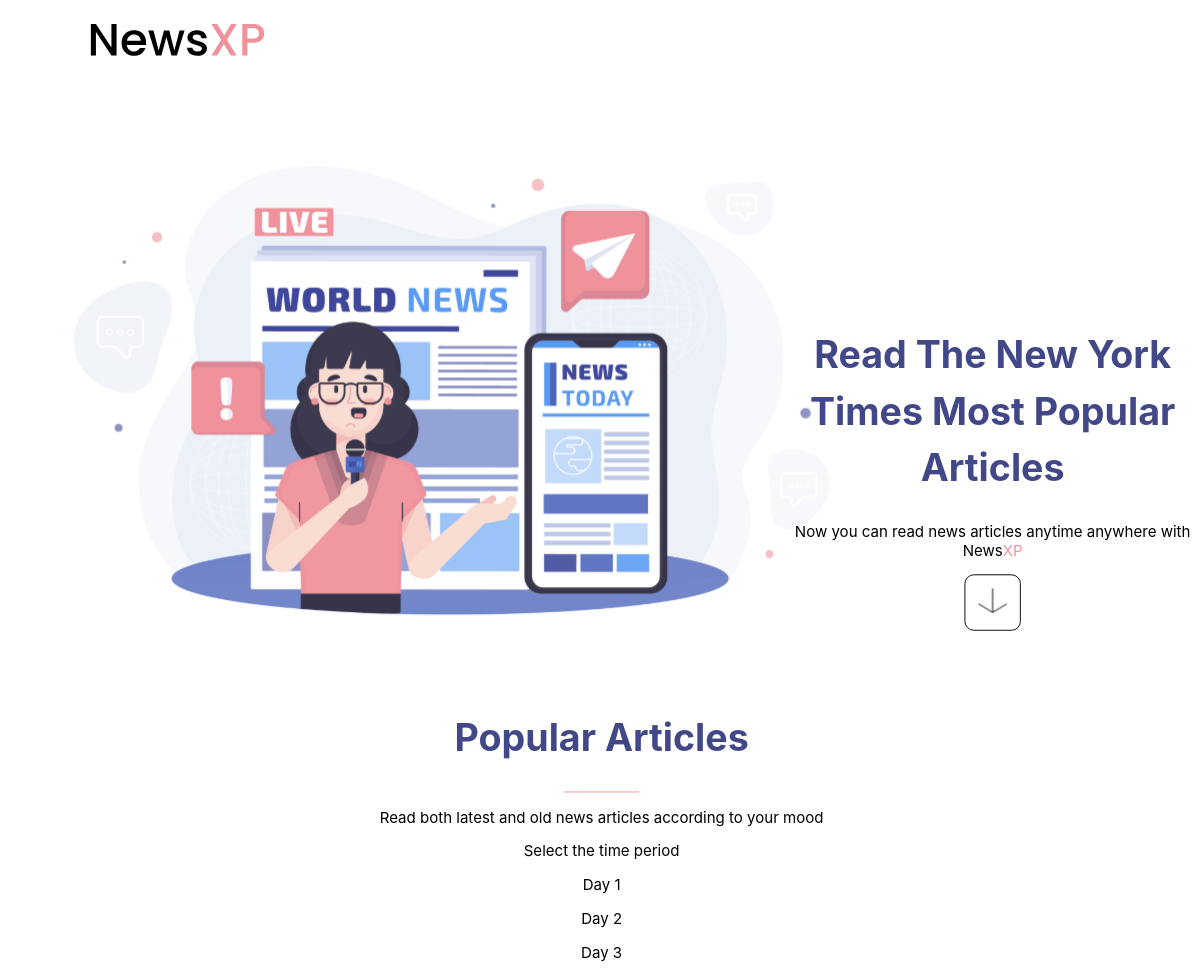
Repository: vishalsinghhh/NewsXP
Page: /
These files come from the project's save history. The page is drawn as it stood at one moment and after the next save; the edit follows.
The browser window is 1280 px wide. The pictures show the whole page, at 94% of full size.
The project was rebuilt for these pictures with package versions that can differ from the ones it lists, and the page was loaded fresh each time. Imported but missing from the stored project, and not drawn on this page: src/pages/Error.

Above is the page before, as saved 2021-08-20 11:14:39.

### src/App.js
import React from "react";
import { BrowserRouter as Router, Route, Switch } from "react-router-dom";
// import pages
import Home from "./pages/Home";
import Error from "./pages/Error";
// import components
import Navbar from "./components/Navbar"
import Footer from "./components/Footer"

function App() {
  return (
    <div>
      <Router>
        <Navbar />
        <Switch>
          <Route exact path="/">
            <Home />
          </Route>
          <Route path="*">
            <Error />
          </Route>
        </Switch>
        <Footer/>
      </Router>
    </div>
  );
}

export default App;

### src/pages/Home.jsx
import React from 'react'
import hero from '../images/hero.svg'
import arrow from '../images/arror.svg'
import './pages.css'

const Home = () => {
    return (
      <main>
        <div className="hero">
          <div className="hero-center">
            <div className="hero-info">
              <h1>Read The New York Times Most Popular Articles</h1>
              <p>
                Now you can read news articles anytime anywhere with News
                <span className="xp">XP</span>
              </p>
              <button className="btn">
                <img src={arrow} alt="arrow" className="arrow" />
              </button>
            </div>
            <div className="hero-images">
              <img src={hero} alt="hero" className="hero-img" />
            </div>
          </div>
        </div>
        <div className="news">
          <div className="news-center">
            <div className="news-info">
              <h1 className="news-title">Popular Articles</h1>
              <div className="underline"></div>
              <p>
                Read both latest and old news articles according to your mood
              </p>
              <p>Select the time period</p>
              <div className="days">
                <div className="day1"><p>Day 1</p></div>
                <div className="day2"><p>Day 2</p></div>
                <div className="day3"><p>Day 3</p></div>
              </div>
              <div className="news-cards">
              </div>
            </div>
          </div>
        </div>
      </main>
    );
}

export default Home

### src/components/Navbar.js
import React from 'react'
import { Link } from "react-router-dom";
import logo from '../images/logo.svg';
import './Components.css';

const Navbar = () => {
    return (
        <nav className="nav">
            <div className="nav-center">
                <Link to='/'>
                    <img src={logo} alt="logo" className="logo" />
                </Link>
            </div>
        </nav>
    )
}

export default Navbar

### src/components/Footer.js
import React from 'react'

const Footer = () => {
    return (
        <div>
            {/* <h1>Footer</h1> */}
        </div>
    )
}

export default Footer

### src/pages/pages.css
.btn {
  /* Rectangle 1 */

  /* position: absolute; */
  width: 60px;
  height: 60px;
  left: 1113px;
  top: 512px;

  background: #ffffff;
  border: 1px solid #000000;
  box-sizing: border-box;
  border-radius: 10px;
}

.hero::before {
  content: "";
  position: absolute;
  width: 100%;
  height: 65%;
  top: 0;
  left: 0;
}
.hero {
  position: relative;
  min-height: 100vh;
  margin-top: -5rem;
  margin-left: 2rem;
  display: grid;
  grid-template-columns: 1fr;
  /* justify-items: center; */
}
.hero-center {
  width: 90vw;
  max-width: var(--max-width);
  display: grid;
  align-items: center;
}
.hero-img {
  /* position: relative; */
  z-index: -1;
  margin-top: 10%;
}
.hero-info {
  position: absolute;
  text-transform: none;
  margin-left: 50rem;
  margin-top: 16rem;
  text-align: center;
}
.hero-info h1 {

  max-width: 1500px;
  font-size: 2.5rem;
  letter-spacing: 3%;
  line-height: 150%;
  color: #424787;
}
.xp{
    color: #EF929C;
}
.btn{
    cursor: pointer;
}
.btn:hover{
    background: #EF929C;
    transition: all 0.7s ease;
}
.arrow{
    animation: bounce 2s infinite;
}
@keyframes bounce {
  0%, 20%, 50%, 80%, 100% {
    transform: translateY(0);
  }
  40% {
    transform: translateY(-25px);
  }
  60% {
    transform: translateY(-10px);
  }
}


/* *******Popular Articles*********  */
/* .news{
  position: absolute;
  justify-content: center;
  align-items: center;
} */
.news{
  display: flex;
  justify-content: center;
  text-align: center;
}
.news-title{
  max-width: 1500px;
  font-size: 2.5rem;
  letter-spacing: 3%;
  line-height: 150%;
  color: #424787;
}
.underline {
  width: 5rem;
  height: 0.1rem;
  background: #EF929C;
  margin-left: auto;
  margin-right: auto;
}

### src/components/Components.css
:root {

  --transition: all 0.3s linear;
  --spacing: 0.1rem;
  --radius: 0.25rem;
  --light-shadow: 0 5px 15px rgba(0, 0, 0, 0.1);
  --dark-shadow: 0 5px 15px rgba(0, 0, 0, 0.2);
  --max-width: 1170px;
  --fixed-width: 620px;
}
.nav {
  height: 5.5rem;
  display: flex;
  align-items: center;
  justify-content: center;
  background: transparent;
  position: relative;
  z-index: 1;
}
.nav-center {
  width: 85vw;
  /* max-width: var(--max-width); */
}

Loaded but not shown: public/index.html (common file); src/index.js (common file); src/index.css (common file)

After the next save:
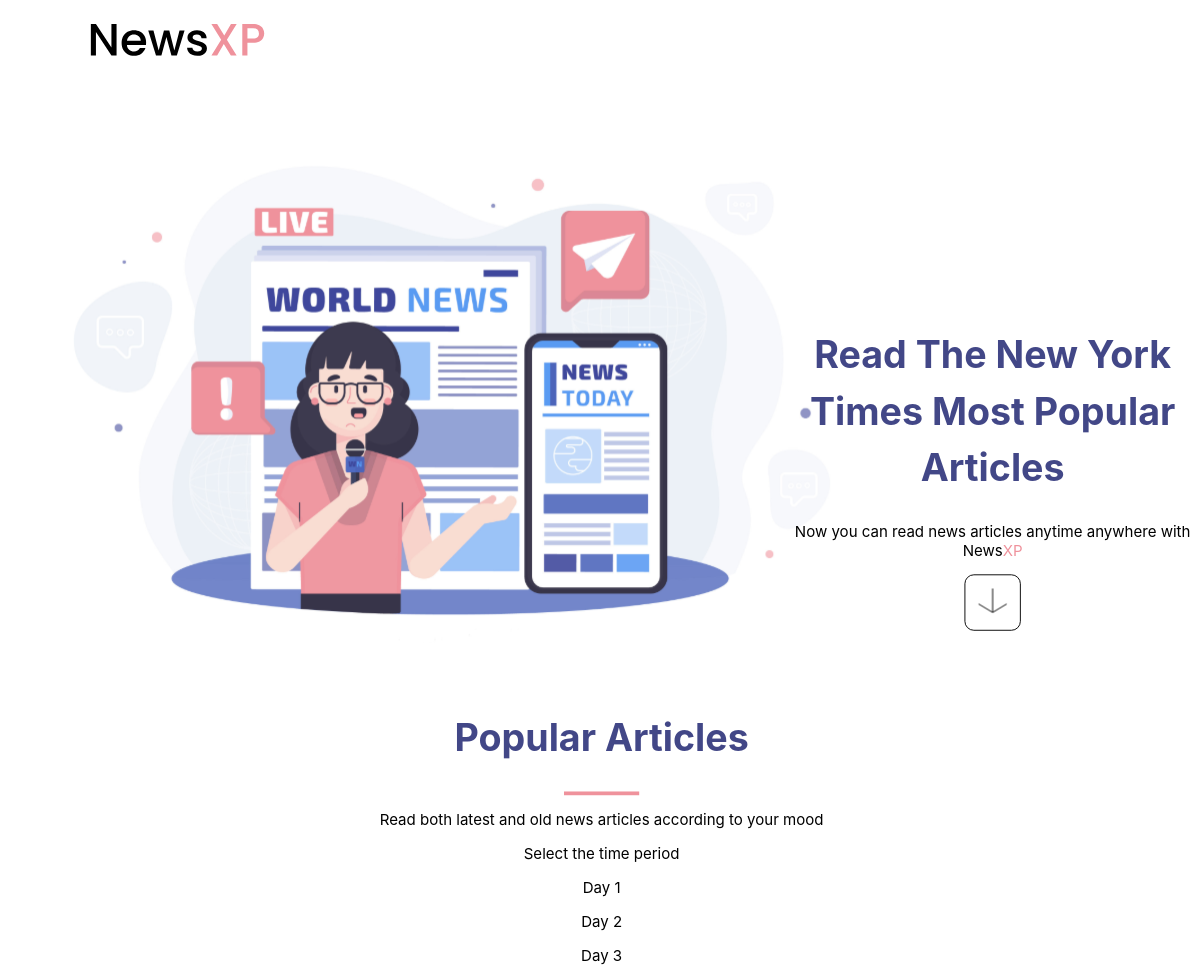
Saved 5 s later.
--- a/src/pages/pages.css
+++ b/src/pages/pages.css
@@ -102,7 +102,7 @@
 }
 .underline {
   width: 5rem;
-  height: 0.1rem;
+  height: 0.25rem;
   background: #EF929C;
   margin-left: auto;
   margin-right: auto;
